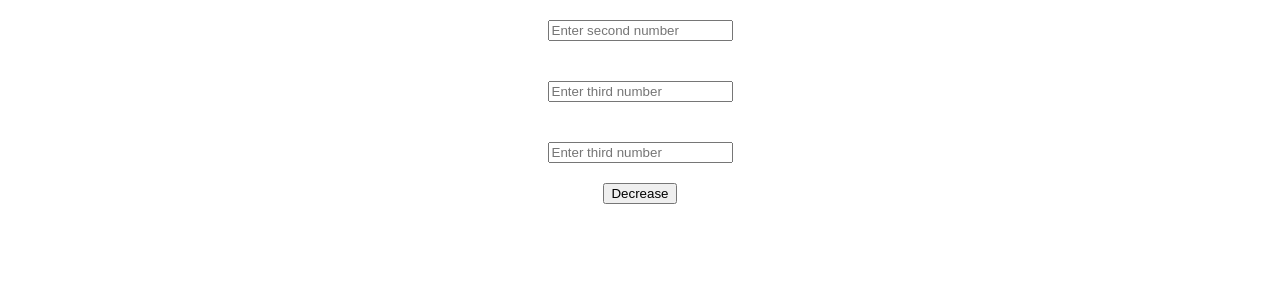
Repository: purnimapatel/SI-calculator
Page: /
The author's editor kept a copy of each file at every save. The page is drawn from the files as they stood at one save, then again after the next save.
The browser window is 1280 px wide. The pictures show the whole page.
The project was rebuilt for these pictures with package versions that can differ from the ones it lists, and the page was loaded fresh each time.

Above is the page before, as saved 2024-08-26 11:15:24.

### src/App.jsx
import logo from './logo.svg';
import './App.css';
import { useState } from 'react';

function App() {
  const[rate, setRate]=(useState());
  const[principle, setPrinciple]=(useState());
  const[time, setTime]=(useState());
  const[res, setRes]=(useState());
  return(


    <div className="container">
    <div>
    {res}
    </div>


    <input
        type="number"
        id = "field"
        value={rate}
        onChange={(e) => setRate(Number(e.target.value))}
        placeholder="Enter second number"
      />
      <input
        type="number"
        id="field"
        value={principle}
        onChange={(e) => setPrinciple(Number(e.target.value))}
        placeholder="Enter third number"
      />
      <input
        type="number"
        id = "field"
        value={time}
        onChange={(e) => setTime(Number(e.target.value))}
        placeholder="Enter third number"
      />
    <button className='btn2' onClick={result}>Decrease</button>
    </div>

  )
  function result(){

    setRate(0);
    setPrinciple(0);
    setTime(0);
    setRes((rate*principle*time)/100)

}




}


export default App;

### src/App.css
.App {
  text-align: center;
}
.container{
  display:flex;
  justify-content: center;
  align-items:center;
  flex-direction: column;
}
input[type=number]::-webkit-outer-spin-button,
input[type=number]::-webkit-inner-spin-button {
    -webkit-appearance: none;
    margin: 0;
}

/* Remove the spinner in Firefox */
input[type=number] {
    -moz-appearance: textfield;
}
#field{
  margin:20px;
}

Loaded but not shown: public/index.html (common file); src/index.js (common file); src/index.css (common file); src/reportWebVitals.js (common file)

After the next save:
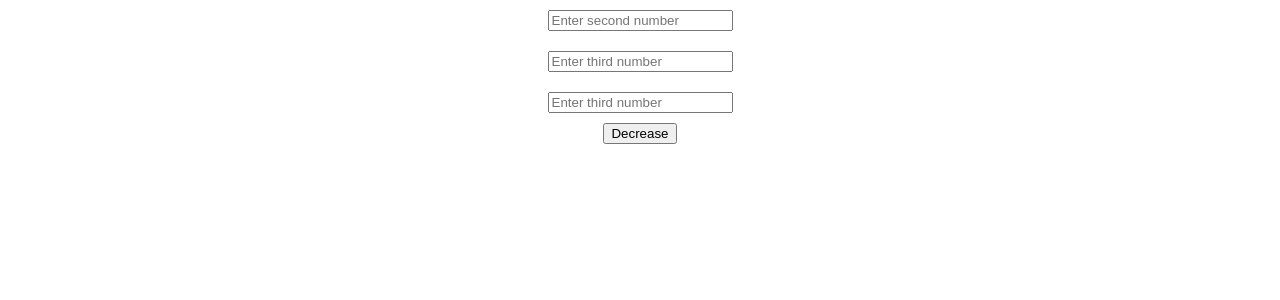
Saved 4 s later.
--- a/src/App.css
+++ b/src/App.css
@@ -18,5 +18,5 @@ input[type=number] {
     -moz-appearance: textfield;
 }
 #field{
-  margin:20px;
+  margin:10px;
 }
